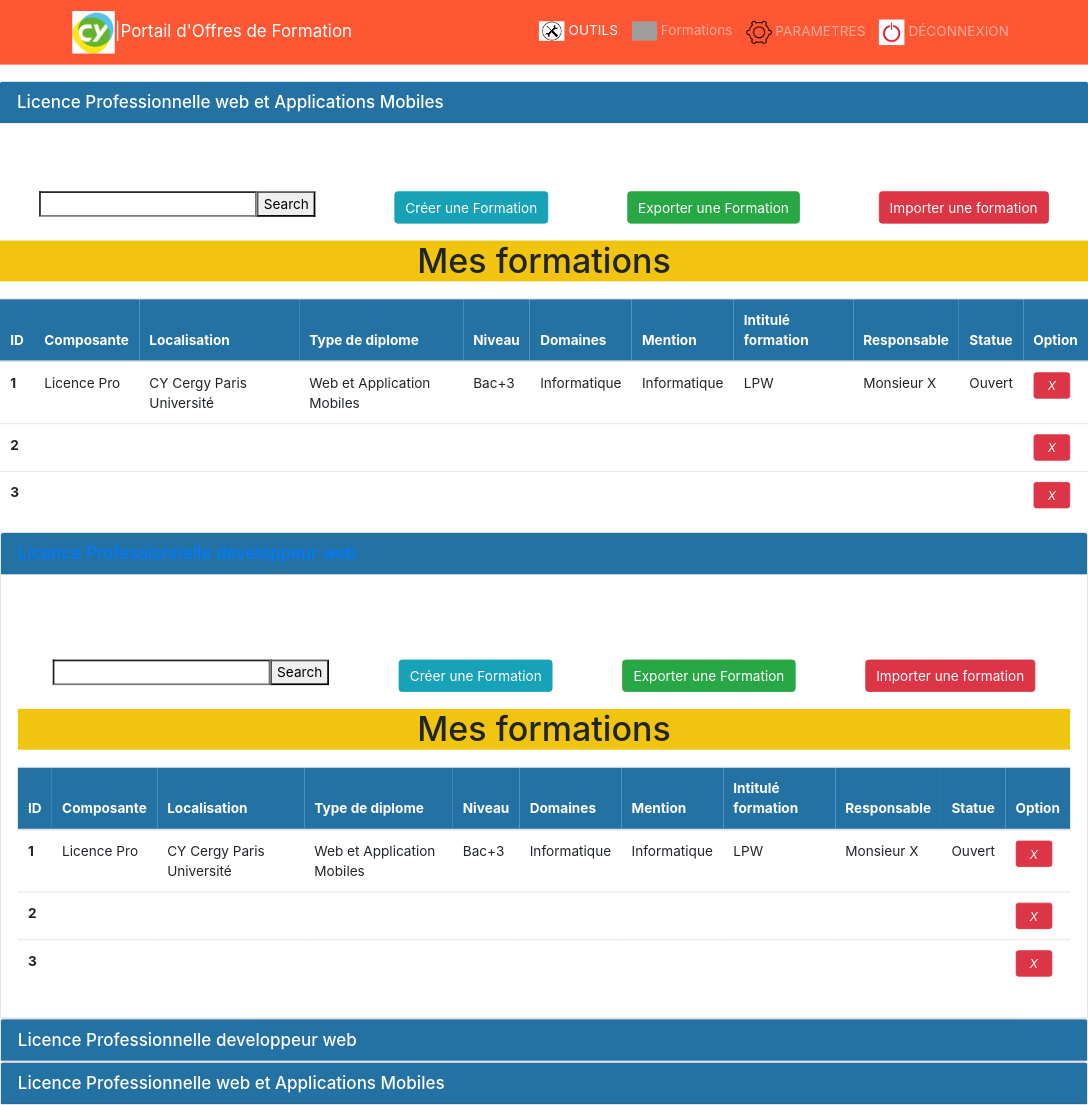
Repository: BaldeThierno1990/Projet-1-formation-tableau-generique-vue-export
Page: / (app in mcc/)
The author's editor kept a copy of each file at every save. The page is drawn from the files as they stood at one save, then again after the next save.
The browser window is 1280 px wide. The pictures show the whole page, at 85% of full size.
Pictures or frames that could not be fetched are drawn as grey boxes. The project was rebuilt for these pictures with package versions that can differ from the ones it lists, and the page was loaded fresh each time.

Above is the page before, as saved 2021-03-24 12:34:40.

### mcc/src/main.js
import Vue from 'vue'
import App from './App.vue'

import 'bootstrap';
import 'bootstrap/dist/css/bootstrap.min.css';

Vue.config.productionTip = false

new Vue({
  render: h => h(App),
}).$mount('#app')

### mcc/src/App.vue
<template>
  <div id="app">

  <v-header></v-header>
  <v-tableau></v-tableau>
  <v-formation></v-formation>
  <v-footer></v-footer>


  </div>
</template>

<script>
import VTableau from './components/tableau/Vtableau.vue'
import VHeader from './components/menu/VHeader.vue'
import VFormation from './components/tableau/VFormation.vue'
import VFooter from './components/footer/Vfooter.vue'
export default {
  name: 'App',
  components: {
  VHeader,
    VTableau,
    VFormation,
    VFooter

  }
}
</script>

<style>
#app {
  font-family: Avenir, Helvetica, Arial, sans-serif;
  -webkit-font-smoothing: antialiased;
  -moz-osx-font-smoothing: grayscale;
  text-align: center;
  color: #2c3e50;
}
#nav {
  padding: 30px;
}

### mcc/src/components/tableau/Vtableau.vue
<template>

<div class="table">

 <div class="card-header" role="tab" id="heading">
     <h5 class="mb-0">
        <a class="collapsed" data-toggle="collapse" href="#collapseThree" aria-expanded="false" aria-controls="collapse">
    Licence Professionnelle web et Applications Mobiles
        </a>
      </h5>
     </div>

    <div class="parent">
        <div class="formation">
         <input type="search" id="site-search" name="q"
        aria-label="Search through site content">
        <button>Search</button></div>
        <div class="formation"><button type="button" class="btn btn-info">Créer une Formation</button></div>
          <div class="formation"><button type="button" class="btn btn-success">Exporter une Formation</button></div>
        <div class="formation"><button type="button" class="btn btn-danger">Importer une formation</button></div>



    </div>


    <div>
        <div class="menu">
        <h1> Mes formations</h1>
    </div>

    <table class="table align-middle">

  <thead>
    <tr class="colonne">
      <th scope="col">ID</th>
      <th scope="col">Composante</th>
      <th scope="col">Localisation</th>
      <th scope="col">Type de diplome</th>
      <th scope="col">Niveau</th>
      <th scope="col">Domaines</th>
      <th scope="col">Mention</th>
      <th scope="col">Intitulé formation</th>
      <th scope="col">Responsable</th>
      <th scope="col">Statue</th>
      <th scope="col">Option</th>
    </tr>
  </thead>
  <tbody>
    <tr>
      <th scope="row">1</th>
       <td>Licence Pro</td>
      <td>CY Cergy Paris Université</td>
      <td>Web et Application Mobiles</td>
      <td>Bac+3</td>
      <td>Informatique</td>
      <td>Informatique</td>
      <td>LPW</td>
      <td>Monsieur X</td>
      <td>Ouvert</td>
      <td>
        <button type="button" class="btn btn-danger btn-sm px-3">
          <i class="fas fa-times">X</i>
        </button>
      </td>
    </tr>
    <tr>
      <th scope="row">2</th>
      <td></td>
      <td></td>
      <td></td>
      <td></td>
      <td></td>
      <td></td>
      <td></td>
      <td></td>
      <td></td>

      <td>
        <button type="button" class="btn btn-danger btn-sm px-3">
          <i class="fas fa-times">X</i>
        </button>
      </td>
    </tr>
    <tr>
      <th scope="row">3</th>
       <td></td>
      <td></td>
      <td></td>
      <td></td>
      <td></td>
      <td></td>
      <td></td>
      <td></td>
      <td></td>
      <td>
        <button type="button" class="btn btn-danger btn-sm px-3">
          <i class="fas fa-times">X</i>
        </button>
      </td>
    </tr>

  </tbody>
</table>
 </div>
</div>


</template>

<style>
.parent{
     display: flex;
     justify-content: space-around;
     margin-top: 80px;

}
.table{
    margin-top: 20px;
}
.colonne{
    background-color: #2471A3;
    color: white;
}
.menu{
    text-align: center;
    background-color: #F1C40F;
    margin-top: 20px;
}
</style>


<script>
export default {

}
</script>

### mcc/src/components/menu/VHeader.vue
<template>
<div class="header">
  <!-- Navigation -->
<nav class="navbar navbar-expand-lg navbar-dark  static-top" id="nav">
  <div class="container">
    <a class="navbar-brand" href="#">
          <img src="@/assets/logo.jpg" alt="Logo" width="50">|Portail d'Offres de Formation
        </a>
    <button class="navbar-toggler" type="button" data-toggle="collapse" data-target="#navbarResponsive" aria-controls="navbarResponsive" aria-expanded="false" aria-label="Toggle navigation">
          <span class="navbar-toggler-icon"></span>
        </button>
    <div class="collapse navbar-collapse" id="navbarResponsive">
      <ul class="navbar-nav ml-auto">
        <li class="nav-item active">
          <a class="nav-link" href="#"> <img src="@/assets/icone_outils.jpg" alt="Outils" width="30"> OUTILS
                <span class="sr-only">(current)</span>
              </a>
        </li>

        <li class="nav-item">
          <a class="nav-link" href="#"><img src="@/assets/icone_formation.png" alt="Formation" width="30">  Formations</a>
        </li>
        <li class="nav-item">
          <a class="nav-link" href="#"><img src="@/assets/icone_parametre.png" alt="Parametre" width="30">  PARAMETRES</a>
        </li>
         <li class="nav-item">
          <a class="nav-link" href="#"> <img src="@/assets/icone_deconnexion.jpeg" alt="Formation" width="30"> DÉCONNEXION</a>
        </li>
      </ul>
    </div>
  </div>
</nav>
</div>

</template>
<style>
#nav{
  background-color: #FF5733;
}
</style>

### mcc/src/components/tableau/VFormation.vue
<template>
    <div id="accordion" role="tablist">
  <div class="card">
    <div class="card-header" role="tab" id="heading">
      <h5 class="mb-0">
        <a data-toggle="collapse" href="#collapseOne" aria-expanded="true" aria-controls="collapseOne">
       Licence Professionnelle developpeur web
        </a>
      </h5>
</div>
<div id="collapseOne" class="collapse show" role="tabpanel" aria-labelledby="headingOne" data-parent="#accordion">
      <div class="card-body">
       <div class="table">
    <div class="parent">
        <div class="formation">
         <input type="search" id="site-search" name="q"
        aria-label="Search through site content">
        <button>Search</button></div>
        <div class="formation"><button type="button" class="btn btn-info">Créer une Formation</button></div>
          <div class="formation"><button type="button" class="btn btn-success">Exporter une Formation</button></div>
        <div class="formation"><button type="button" class="btn btn-danger">Importer une formation</button></div>



    </div>


    <div>
        <div class="menu">
        <h1> Mes formations</h1>
    </div>
    <table class="table align-middle">

  <thead>
    <tr class="colonne">
      <th scope="col">ID</th>
      <th scope="col">Composante</th>
      <th scope="col">Localisation</th>
      <th scope="col">Type de diplome</th>
      <th scope="col">Niveau</th>
      <th scope="col">Domaines</th>
      <th scope="col">Mention</th>
      <th scope="col">Intitulé formation</th>
      <th scope="col">Responsable</th>
      <th scope="col">Statue</th>
      <th scope="col">Option</th>
    </tr>
  </thead>
  <tbody>
    <tr>
      <th scope="row">1</th>
       <td>Licence Pro</td>
      <td>CY Cergy Paris Université</td>
      <td>Web et Application Mobiles</td>
      <td>Bac+3</td>
      <td>Informatique</td>
      <td>Informatique</td>
      <td>LPW</td>
      <td>Monsieur X</td>
      <td>Ouvert</td>
      <td>
        <button type="button" class="btn btn-danger btn-sm px-3">
          <i class="fas fa-times">X</i>
        </button>
      </td>
    </tr>
    <tr>
      <th scope="row">2</th>
      <td></td>
      <td></td>
      <td></td>
      <td></td>
      <td></td>
      <td></td>
      <td></td>
      <td></td>
      <td></td>

      <td>
        <button type="button" class="btn btn-danger btn-sm px-3">
          <i class="fas fa-times">X</i>
        </button>
      </td>
    </tr>
    <tr>
      <th scope="row">3</th>
       <td></td>
      <td></td>
      <td></td>
      <td></td>
      <td></td>
      <td></td>
      <td></td>
      <td></td>
      <td></td>
      <td>
        <button type="button" class="btn btn-danger btn-sm px-3">
          <i class="fas fa-times">X</i>
        </button>
      </td>
    </tr>

  </tbody>
</table>
        </div>



</div>

      </div>
</div>
</div>
<div class="card">
    <div class="card-header" role="tab" id="heading">
      <h5 class="mb-0">
        <a class="collapsed" data-toggle="collapse" href="#collapseTwo" aria-expanded="false" aria-controls="collapseTwo">
       Licence Professionnelle developpeur web
        </a>
      </h5>
</div>
<div id="collapseTwo" class="collapse" role="tabpanel" aria-labelledby="headingTwo" data-parent="#accordion">
      <div class="card-body">
      <div class="table">
    <div class="parent">
        <div class="formation">
         <input type="search" id="site-search" name="q"
        aria-label="Search through site content">
        <button>Search</button></div>
        <div class="formation"><button type="button" class="btn btn-info">Créer une Formation</button></div>
          <div class="formation"><button type="button" class="btn btn-success">Exporter une Formation</button></div>
        <div class="formation"><button type="button" class="btn btn-danger">Importer une formation</button></div>



    </div>


    <div>
        <div class="menu">
        <h1> Mes formations</h1>
    </div>
    <table class="table align-middle">

  <thead>
    <tr class="colonne">
      <th scope="col">ID</th>
      <th scope="col">Composante</th>
      <th scope="col">Localisation</th>
      <th scope="col">Type de diplome</th>
      <th scope="col">Niveau</th>
      <th scope="col">Domaines</th>
      <th scope="col">Mention</th>
      <th scope="col">Intitulé formation</th>
      <th scope="col">Responsable</th>
      <th scope="col">Statue</th>
      <th scope="col">Option</th>
    </tr>
  </thead>
  <tbody>
    <tr>
      <th scope="row">1</th>
       <td>Licence Pro</td>
      <td>CY Cergy Paris Université</td>
      <td>Web et Application Mobiles</td>
      <td>Bac+3</td>
      <td>Informatique</td>
      <td>Informatique</td>
      <td>LPW</td>
      <td>Monsieur X</td>
      <td>Ouvert</td>
      <td>
        <button type="button" class="btn btn-danger btn-sm px-3">
          <i class="fas fa-times">X</i>
        </button>
      </td>
    </tr>
    <tr>
      <th scope="row">2</th>
      <td></td>
      <td></td>
      <td></td>
      <td></td>
      <td></td>
      <td></td>
      <td></td>
      <td></td>
      <td></td>

      <td>
        <button type="button" class="btn btn-danger btn-sm px-3">
          <i class="fas fa-times">X</i>
        </button>
      </td>
    </tr>
    <tr>
      <th scope="row">3</th>
       <td></td>
      <td></td>
      <td></td>
      <td></td>
      <td></td>
      <td></td>
      <td></td>
      <td></td>
      <td></td>
      <td>
        <button type="button" class="btn btn-danger btn-sm px-3">
          <i class="fas fa-times">X</i>
        </button>
      </td>
    </tr>

  </tbody>
</table>
        </div>



</div>

      </div>
</div>
</div>


<div class="card">
    <div class="card-header" role="tab" id="heading">
      <h5 class="mb-0">
        <a class="collapsed" data-toggle="collapse" href="#collapseThree" aria-expanded="false" aria-controls="collapseThree">
    Licence Professionnelle web et Applications Mobiles
        </a>
      </h5>
</div>
<div id="collapseThree" class="collapse" role="tabpanel" aria-labelledby="headingThree" data-parent="#accordion">
      <div class="card-body">
      <div class="table">
    <div class="parent">
        <div class="formation">
         <input type="search" id="site-search" name="q"
        aria-label="Search through site content">
        <button>Search</button></div>
        <div class="formation"><button type="button" class="btn btn-info">Créer une Formation</button></div>
          <div class="formation"><button type="button" class="btn btn-success">Exporter une Formation</button></div>
        <div class="formation"><button type="button" class="btn btn-danger">Importer une formation</button></div>



    </div>


    <div>
        <div class="menu">
        <h1> Mes formations</h1>
    </div>
    <table class="table align-middle">

  <thead>
    <tr class="colonne">
      <th scope="col">ID</th>
      <th scope="col">Composante</th>
      <th scope="col">Localisation</th>
      <th scope="col">Type de diplome</th>
      <th scope="col">Niveau</th>
      <th scope="col">Domaines</th>
      <th scope="col">Mention</th>
      <th scope="col">Intitulé formation</th>
      <th scope="col">Responsable</th>
      <th scope="col">Statue</th>
      <th scope="col">Option</th>
    </tr>
  </thead>
  <tbody>
    <tr>
      <th scope="row">1</th>
       <td>Licence Pro</td>
      <td>CY Cergy Paris Université</td>
      <td>Web et Application Mobiles</td>
      <td>Bac+3</td>
      <td>Informatique</td>
      <td>Informatique</td>
      <td>LPW</td>
      <td>Monsieur X</td>
      <td>Ouvert</td>
      <td>
        <button type="button" class="btn btn-danger btn-sm px-3">
          <i class="fas fa-times">X</i>
        </button>
      </td>
    </tr>
    <tr>
      <th scope="row">2</th>
      <td></td>
      <td></td>
      <td></td>
      <td></td>
      <td></td>
      <td></td>
      <td></td>
      <td></td>
      <td></td>

      <td>
        <button type="button" class="btn btn-danger btn-sm px-3">
          <i class="fas fa-times">X</i>
        </button>
      </td>
    </tr>
    <tr>
      <th scope="row">3</th>
       <td></td>
      <td></td>
      <td></td>
      <td></td>
      <td></td>
      <td></td>
      <td></td>
      <td></td>
      <td></td>
      <td>
        <button type="button" class="btn btn-danger btn-sm px-3">
          <i class="fas fa-times">X</i>
        </button>
      </td>
    </tr>

  </tbody>
</table>
</div>


</div>
</div>
</div>
</div>
</div>
</template>

<style>
[data-toggle="collapse"]:after {
display: inline-block;
    display: inline-block;
    font: normal normal normal 14px/1 FontAwesome;
    font-size: inherit;
    text-rendering: auto;
    -webkit-font-smoothing: antialiased;
    -moz-osx-font-smoothing: grayscale;
  content: "\f054";
  transform: rotate(90deg) ;
  transition: all linear 0.25s;
  float:right;
  }
[data-toggle="collapse"].collapsed:after {
  transform: rotate(0deg) ;


}
#heading{
    background-color:  #2471A3;


}
.collapsed{
    color: white;
}
</style>
<script>
export default {

}
</script>

Loaded but not shown: mcc/public/index.html (common file); mcc/src/components/footer/Vfooter.vue (no stored copy; drawn as an empty file)

After the next save:
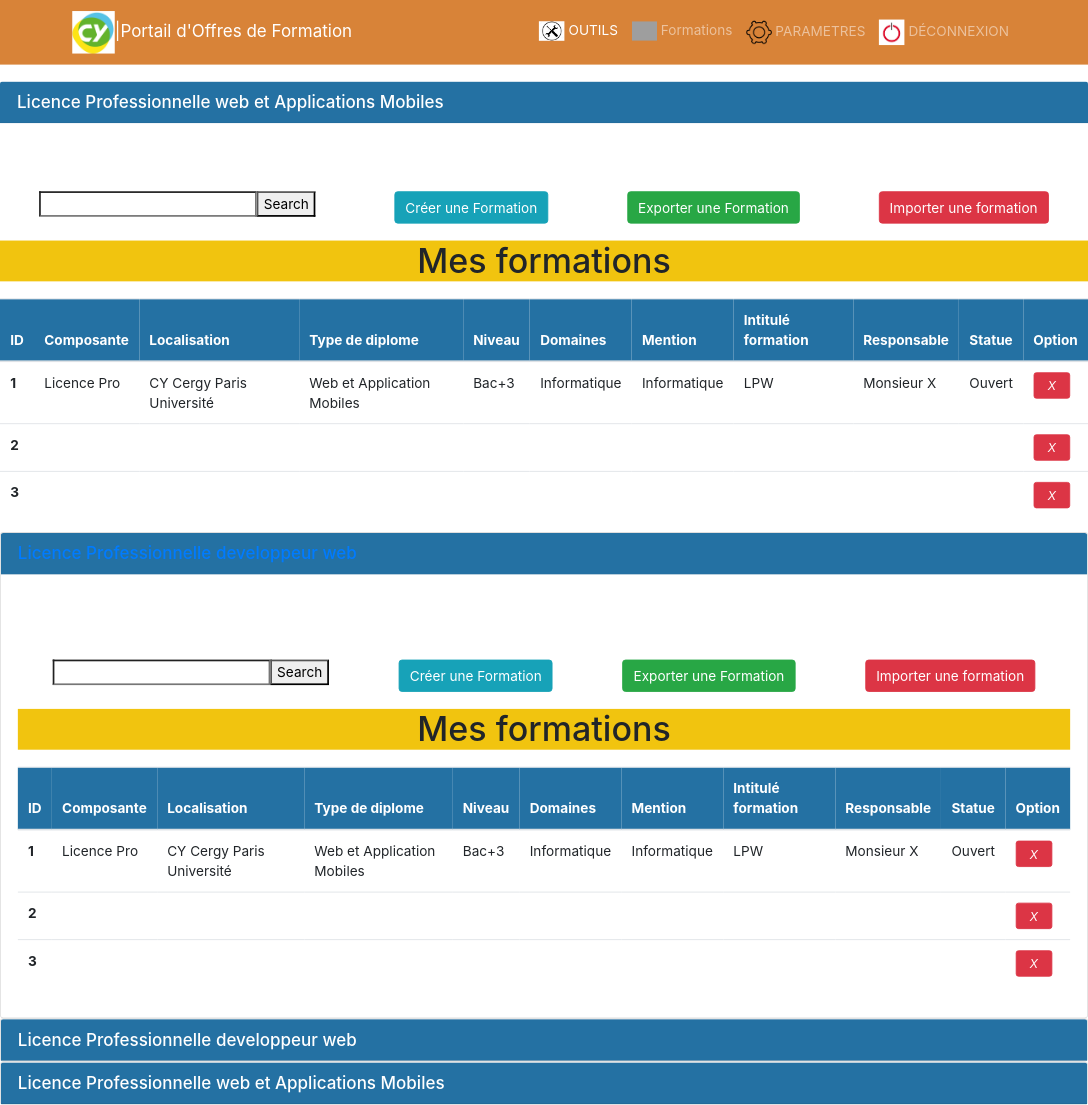
Saved 2 min 7 s later.
--- a/mcc/src/components/menu/VHeader.vue
+++ b/mcc/src/components/menu/VHeader.vue
@@ -35,6 +35,6 @@
 </template>
 <style>
 #nav{
-  background-color: #FF5733;
+  background-color:#D88338 ;
 }
 </style>
